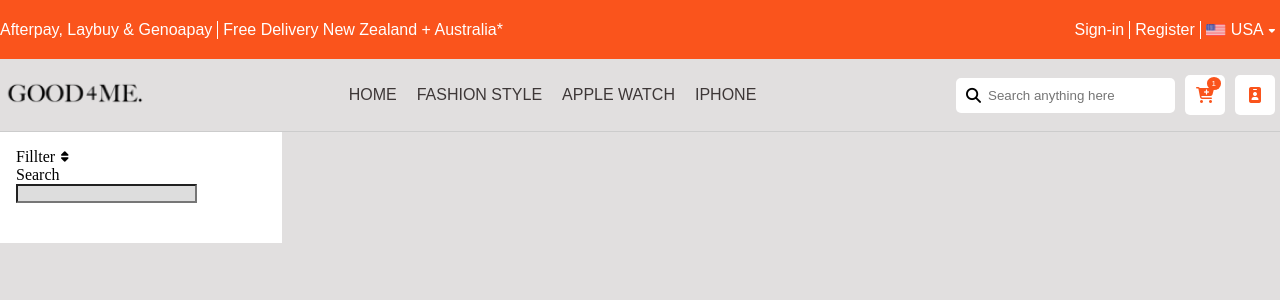
Repository: Ngoc28/Shoppe-web
Page: html/category.html
These files come from the project's save history. The page is drawn as it stood at one moment and after the next save; the edit follows.
The browser window is 1280 px wide. The pictures show the whole page.
Some web fonts or font styles are not loaded; a fallback is used.

Above is the page before, as saved 2023-08-08 11:45:21.

After the next save:
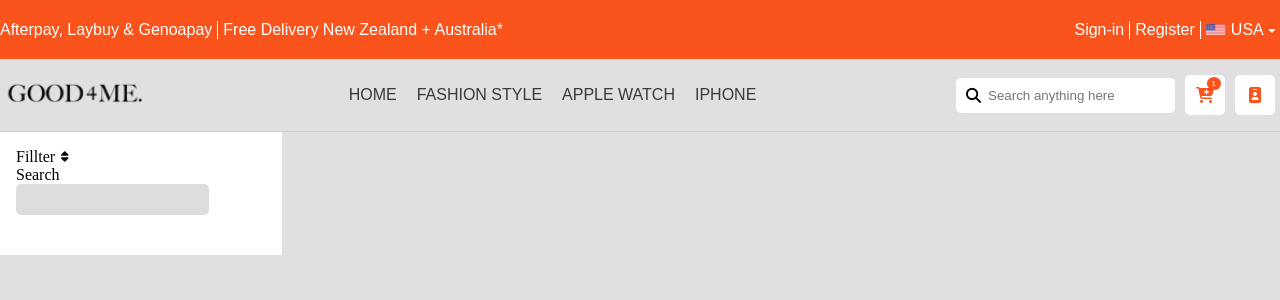
Saved 35 s later.
--- a/accest/css/category.css
+++ b/accest/css/category.css
@@ -38,4 +38,8 @@
 
 .container-nav-search input {
     background: var(--gray-background);
+    border: none;
+    outline: none;
+    padding: 8px;
+    border-radius: 5px;
 }
